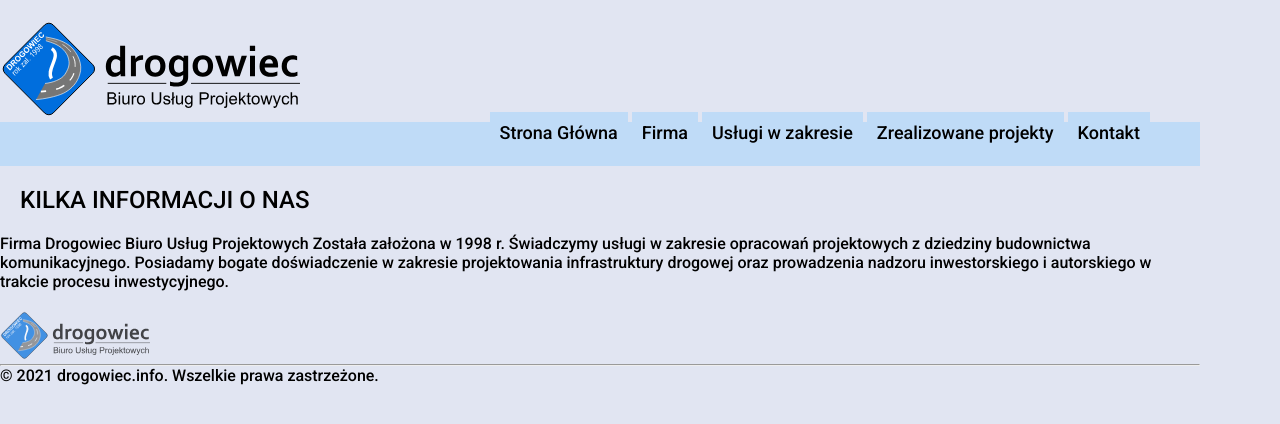
Repository: AdamBodzak/WTF_v2
Page: index.html
The author's editor kept a copy of each file at every save. The page is drawn from the files as they stood at one save, then again after the next save.
The browser window is 1280 px wide. The pictures show the whole page.

Above is the page before, as saved 2021-01-08 10:41:11.

### index.html
<!DOCTYPE html>
<html lang="pl">
<head>
    <meta charset="UTF-8">
    <meta name="viewport" content="width=device-width, initial-scale=1.0">
    <link rel="preconnect" href="https://fonts.gstatic.com">
    <link rel="stylesheet" href="style.css" type="text/css">
    <title>DROGOWIEC Biuro Usług Projektowych</title>
</head>
<body>
    <header>
        <a href="index.html">
            <img id="logo" src="./img/Logo.svg" alt="Logo image">
        </a>
        <nav>
            <ul id="nawigationBar">
                <li> <a class="menuItem" href="#"> Strona Główna </a></li>
                <li> <a class="menuItem" href="#"> Firma </a></li>
                <li> <a class="menuItem" href="#"> Usługi w zakresie </a></li>
                <li> <a class="menuItem" href="#"> Zrealizowane projekty </a></li>
                <li> <a class="menuItem" href="#"> Kontakt </a></li>
            </ul>
        </nav>
    </header>
    <main>
        <section>
            <h1>KILKA INFORMACJI O NAS</h1>
            <p>
                Firma Drogowiec Biuro Usług Projektowych Została założona w 1998 r.
                Świadczymy usługi w zakresie opracowań projektowych z dziedziny budownictwa
                komunikacyjnego. Posiadamy bogate doświadczenie w zakresie projektowania infrastruktury
                drogowej oraz prowadzenia nadzoru inwestorskiego i autorskiego w trakcie procesu inwestycyjnego.
            </p>
        </section>
    <main>
    <footer>
        <div>
            <img id="logoFooter" src="./img/Logo.svg" alt="Logo image">
        </div>
        <div id="kontakt">

        </div>
        <hr>
        <p>
            © 2021 drogowiec.info. Wszelkie prawa zastrzeżone.
        </p>
    </footer>
</body>
</html>

### style.css
@import url('https://fonts.googleapis.com/css2?family=Roboto:wght@300;500;700&display=swap');

* {
    font-family: 'Roboto', sans-serif;
    font-weight: 500;
    box-sizing: border-box;
    margin: 0px;
    padding: 0px;
    background-color: #E1E5F2;
}

body {
    max-width: 1200px;
}

#logo {
    width: 300px;
    padding-top: 20px;
}

#nawigationBar{
    background-color: #BFDBF7;
    text-align: right;
    padding-right: 50px;
    height: 44px;

}

#nawigationBar>li {
    display: inline-block;
}

.menuItem{
    font-size: 18px;
    color: black;
    text-decoration: none;
    padding: 10px;
    background-color: #BFDBF7;
}

#logoFooter {
    width: 150px;
    opacity: 0.7;
    margin-left: auto;
    margin-right: auto;
}

section {

}

section>h1 {
    padding: 20px;
}

footer {
    padding-top: 20px;
}

Loaded but not shown: img/Logo.svg (19 lines, source omitted)

After the next save:
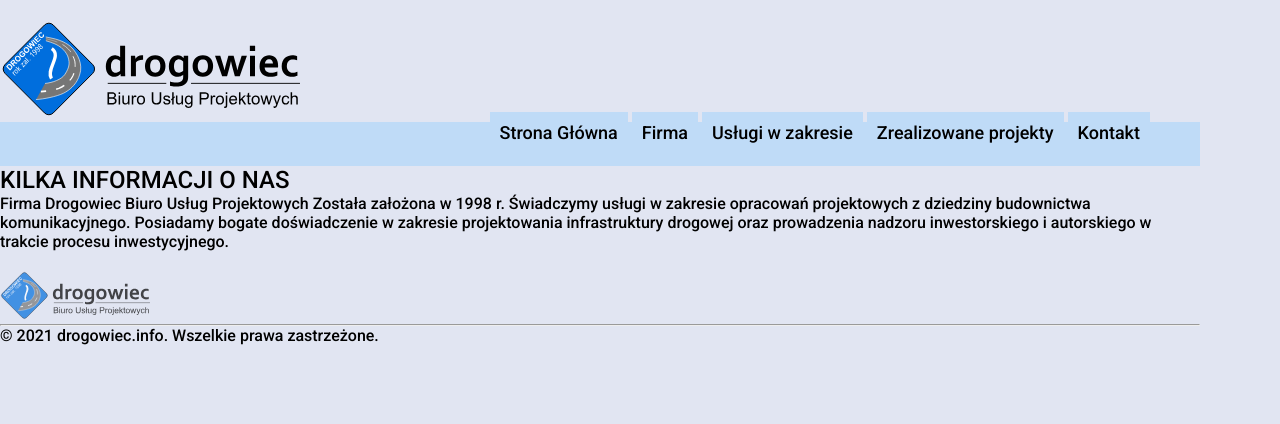
Saved 97 s later.
--- a/index.html
+++ b/index.html
@@ -24,6 +24,7 @@
     </header>
     <main>
         <section>
+            <div>
             <h1>KILKA INFORMACJI O NAS</h1>
             <p>
                 Firma Drogowiec Biuro Usług Projektowych Została założona w 1998 r.
@@ -31,6 +32,7 @@
                 komunikacyjnego. Posiadamy bogate doświadczenie w zakresie projektowania infrastruktury
                 drogowej oraz prowadzenia nadzoru inwestorskiego i autorskiego w trakcie procesu inwestycyjnego.
             </p>
+            </div>
         </section>
     <main>
     <footer>
--- a/style.css
+++ b/style.css
@@ -41,12 +41,11 @@
 #logoFooter {
     width: 150px;
     opacity: 0.7;
+}
+
+div {
     margin-left: auto;
     margin-right: auto;
-}
-
-section {
-
 }
 
 section>h1 {
